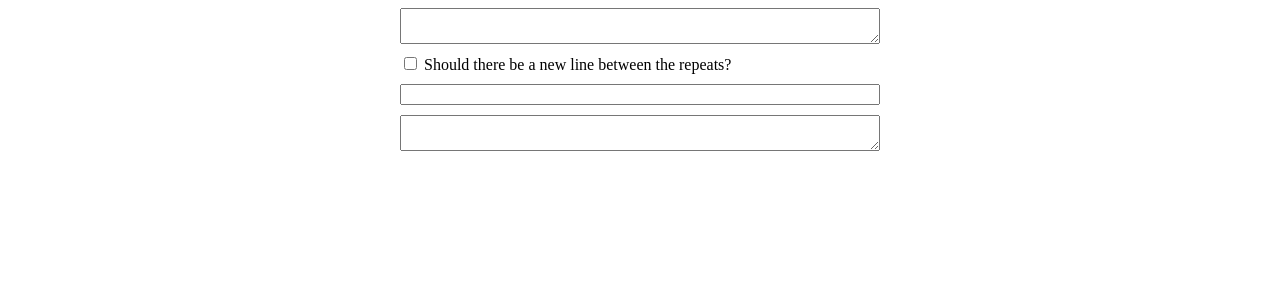
Repository: klothius/Online-string-repeater-with-numbers
Page: index.html
An editor plug-in stored every save of this project. The page is shown before and after the next save, followed by the edit.
The browser window is 1280 px wide. The pictures show the whole page.

Above is the page before, as saved 2019-05-10 07:15:46.

After the next save:
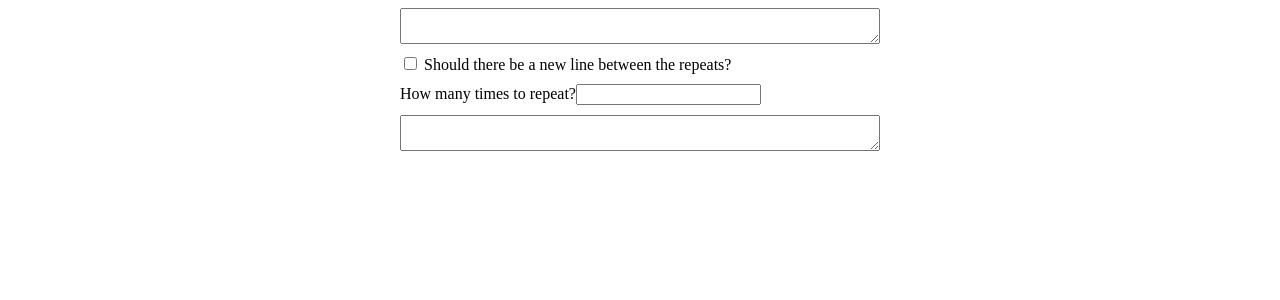
Saved 76 s later.
--- a/index.html
+++ b/index.html
@@ -4,7 +4,7 @@
       <input type="checkbox" class="add-newline">
       Should there be a new line between the repeats?
     </label>
-    <input type="text" class="repeat-number">
+    <label>How many times to repeat?<input type="text" class="repeat-number"></label>
     <textarea class="output"></textarea>
 </div>
 <script>
